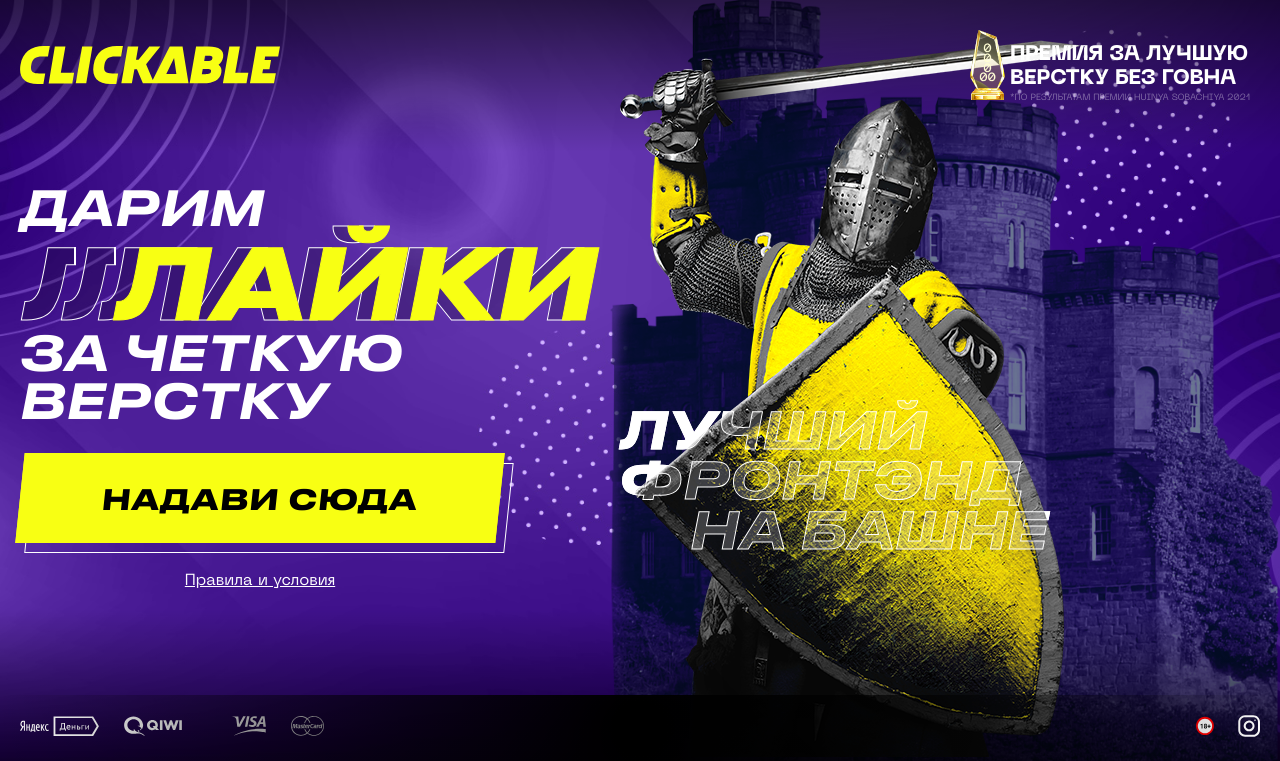
Repository: stanislavExtE/clickable_test
Page: app/index.html
The author's editor kept a copy of each file at every save. The page is drawn from the files as they stood at one save, then again after a run of saves.
The browser window is 1280 px wide. The pictures show the whole page.
The style sheet was rebuilt from its Sass, Less or Tailwind sources for each picture, by a compiler version that may differ from the author's.

Above is the page before, as saved 2021-01-13 18:59:07.

### app/index.html
<!DOCTYPE html>
<html xmlns="http://www.w3.org/1999/xhtml" lang="en">

<head>
	<meta http-equiv="Content-Type" content="text/html; charset=utf-8" />
	<meta name="format-detection" content="telephone=no">
	<meta name="viewport" content="width=device-width, initial-scale=1, maximum-scale=1">
	<title>Clickable - лучший фронтенд на башне</title>
	<link rel="icon" type="image/x-icon" href="favicon.ico" />
	<link rel="stylesheet" type="text/css" href="css/style.css" />
</head>

<body class="loaded">


	<!-- BEGIN BODY -->

	<div class="main-wrapper">

		<!-- BEGIN CONTENT -->

		<main class="content">
			<section class="info-section">
				<div class="wrapper">
					<div class="info">
						<div class="slogan info__slogan">
							<div class="slogan__text">
								<div class="slogan__text-stroke" data-text="лучший фронтэнд">лучший фронтэнд</div>
								<div class="slogan__text-stroke" data-text="на башне">на башне</div>
							</div>
							<!-- <img src="img/knight.png" srcset="knight_mob.png 200w,
							img/knight.png 760w"  sizes="(max-width:767px) 60vw,  652px" alt="knight" class="slogan__knight"> -->
							<picture class="slogan__knight">
								<source	media="(max-width: 767px)" srcset="img/knight_mob.png">
								<source	media="(min-width: 768px)" srcset="img/knight.png">
								<img src="img/knight.png" alt="knight" />
							</picture>
						</div>
						<div class="cta info__cta">
							<div class="cta__title">
								<div class="cta__title-word">Дарим</div>
								<div class="accent">
									<div class="accent__word">Л</div>
									<div class="accent__word">Л</div>
									<div class="accent__text" data-accent-text='ЛАЙКИ'>ЛАЙКИ</div>
								</div>
								<div class="cta__title-word">За четкую верстку</div>
							</div>
							<div class="cta__button-box">
								<a href="#" class="btn cta__btn">надави сюда</a>
								<a href="#" class="link cta__rules-link">Правила и условия</a>
							</div>
						</div>
						<div class="award info__award">
							<div class="award__prize">
								<img src="img/award.png" alt="award" class="award__prize-img">
							</div>
							<div class="award__info">
								<div class="award__title">ПРЕМИЯ ЗА ЛУЧШУЮ ВЕРСТКУ без говна</div>
								<div class="award__description">*ПО РЕЗУЛЬТАТАМ ПРЕМИИ Huinya sobachiya 2021</div>
							</div>
						</div>
					</div>
					<div class="balls">
						<img src="img/ball.png" alt="ball" class="ball ball_lg-size">
						<img src="img/ball.png" alt="ball" class="ball">
						<img src="img/ball.png" alt="ball" class="ball ball_sm">
					</div>
				</div>
			</section>
		</main>

		<!-- CONTENT EOF   -->

		<!-- BEGIN HEADER -->

		<header class="header">
			<div class="wrapper ">
				<div class="header__content">
					<a href="#" class="logo header__logo">
						<img src="img/logo.svg" alt="logo" class="logo__img">
					</a>
					<div class="award header__award">
						<div class="award__prize">
							<img src="img/award.png" alt="award" class="award__prize-img">
						</div>
						<div class="award__info">
							<div class="award__title">ПРЕМИЯ ЗА ЛУЧШУЮ ВЕРСТКУ без говна</div>
							<div class="award__description">*ПО РЕЗУЛЬТАТАМ ПРЕМИИ Huinya sobachiya 2021</div>
						</div>
					</div>
				</div>
			</div>
		</header>

		<!-- HEADER EOF   -->

		<!-- BEGIN FOOTER -->

		<footer class="footer">
			<div class="wrapper">
				<div class="footer__content">
					<div class="payments">
						<div class="payment"><img src="img/icons/yandex_money.svg" alt="yandex_money"
								class="payment__img"></div>
						<div class="payment"><img src="img/icons/qiwi.svg" alt="qiwi" class="payment__img"></div>
						<div class="payment"><img src="img/icons/webmoney.svg" alt="webmoney" class="payment__img"></div>
						<div class="payment"><img src="img/icons/visa.svg" alt="visa" class="payment__img"></div>
						<div class="payment"><img src="img/icons/mastercard.svg" alt="mastercard" class="payment__img">
						</div>
					</div>
					<div class="icons">
						<div class="icon"><img src="img/icons/pegi_18.svg" alt="pegi_18" class="icon__img"></div>
						<a href="#" class="icon"><img src="img/icons/insta.svg" alt="instagram" class="icon__img"></a>
					</div>
				</div>
			</div>
		</footer>

		<!-- FOOTER EOF   -->

	</div>

	<div class="icon-load"></div>

	<!-- BODY EOF   -->

	<!-- <script src="js/jquery-3.5.1.min.js"></script> -->
	<!-- <script src="js/jquery-migrate-3.3.0.min.js"></script> -->
	<!--
	<script src="js/components/jquery.fancybox.js" ></script>
	<script src="js/components/jquery.formstyler.js" ></script>
	<script src="js/components/slick.js" ></script>
	<script src="js/components/jquery.mCustomScrollbar.js" ></script>
	-->
	<script src="js/custom.js"></script>
</body>

</html>

### app/scss/style.scss
@import "base/_reset";
@import "base/_fonts";
//@import "components/_jquery.formstyler";
//@import "components/_fancybox";
//@import "components/_slick";
//@import "components/_mCustomScrollbar";
@import "components/_bootstrap";
@import "layout/_repetitive";
@import "layout/_header";
@import "layout/_footer";
@import "layout/_content";

### app/scss/base/_reset.scss
@import '../utils/_mixins';
@import '../utils/_variables';

body {
	margin: 0px;
	padding: 0px;
	font-family: $base-font-family;
	background-color: $base-bg;
	height: 100%;
	line-height: 1;
	position: relative;
	font-size: $base-font-size!important;
	-webkit-font-smoothing: antialiased;
	-moz-osx-font-smoothing: grayscale;
}



/*MAIN*/
html, body, div, span, applet, object, iframe, h1, h2, h3, h4, h5, h6, p, blockquote, pre, a, abbr, acronym, address, big, cite, code,
del, dfn, em, img, ins, kbd, q, s, samp, small, strike, strong, sub, sup, tt, var, b, u, i, center, dl, dt, dd, ol, ul, li, fieldset,
form, label, legend, table, caption, tbody, tfoot, thead, tr, th, td, article, aside, canvas, details, embed, figure, figcaption, footer,
header, hgroup, menu, nav, output, ruby, section, summary, time, mark, audio, video {
	margin: 0; padding: 0; border: 0; font-size: 100%; outline: none;
    -webkit-tap-highlight-color: rgba(0, 0, 0, 0);

}

/* HTML5 display-role reset for older browsers */
article, aside, details, figcaption, figure, footer, header, hgroup, menu, nav, section, main {
	display: block;
}
blockquote, q {
	quotes: none;
}
blockquote:before,
blockquote:after,
q:before,
q:after {
	content: '';
	content: none;
}

table {
	border-collapse: collapse;
	border-width: 0px;
	padding: 0px;
	margin: 0px;
}

html {
	height: 100%;
	-webkit-text-size-adjust: none;
	-ms-text-size-adjust: none;
}

input,
textarea {
	color: #333;
	font-family: $base-font-family;
	outline: none;
	border-radius: 0;
	-moz-border-radius: 0;
	-webkit-border-radius: 0;
	-webkit-appearance: none;
    border: none;
}

input[type="button"],
input[type="submit"],
button {
	cursor: pointer
}

input[type=number]::-webkit-inner-spin-button,
input[type=number]::-webkit-outer-spin-button {
  -webkit-appearance: none;
  margin: 0;
}

td {
	margin: 0px;
	padding: 0px;
}

ul{
    list-style: none;
    list-style-image: url(data:[embedded picture, 78 characters]);
}

form {
	padding: 0px;
	margin: 0px;
}

img{
    max-width: 100%;
}

a {
    color: inherit;
	text-decoration: none;
	outline: none;
    @include transition($default-transition);
}

a,
span,
div,
button {
	outline: none!important
}
input[type="search"]::-webkit-search-decoration,
input[type="search"]::-webkit-search-cancel-button,
input[type="search"]::-webkit-search-results-button,
input[type="search"]::-webkit-search-results-decoration {
  -webkit-appearance:none;
}
input[type=submit],
input[type=button],
button {
	-webkit-appearance: none;
	outline: none;
}

* {
	-webkit-box-sizing: border-box;
	-moz-box-sizing: border-box;
	box-sizing: border-box;
}

*:before,
*:after {
	-webkit-box-sizing: border-box;
	-moz-box-sizing: border-box;
	box-sizing: border-box;
}

.clearfix:after,
.wrapper:after,
.row:after{
	content: ".";
	display: block;
	height: 0;
	clear: both;
	visibility: hidden;
}

### app/scss/utils/_variables.scss
$paddings: 20px;
$min-width: 320px;
$base-wrapp: 1366px;
$max-width: calc(#{$base-wrapp} + #{$paddings} * 2);
$base-bg:#F0EAE1;
$base-font-size: 1rem;
$base-line-height: 1.75rem;
$base-font-family: "Neue Machina", "Open Sans", Arial, sans-serif;
$custom-font-family: "Druk Text Wide Cyr","Open Sans",  Arial, sans-serif;
$default-transition: all 0.4s linear;
$trs: all 0.3s linear;
$trs-wow: all 1s linear;

$ff-book: $base-font-family;
$ff-demi: $custom-font-family;


$shadow: 2px 6px 20px rgba(0, 164, 91, 0.25);
$shadow_light: 2px 6px 20px rgba(0, 164, 91, 0.10);

//breakpoints
$xs: 567px;
$sm: 767px;
$md: 991px;
$lg: 1279px;
$xl: 1435px;

/* main variables */

$col-1: #f8ff13;
$col-2: #F0EAE1;
$col-3: #0A0A0A;
$col-4: #fff;
$col-5: #161616;
$col-6: #bbbbbb;
$col-7: #7e7e7e;

$bg-1:rgba(#fff, .1);

$bd: rgba(187, 187, 187, 0.5);

//text, titles
$tc-1: #303030;
$tc-2: #fff;
$tc-3: $col-1;
$tc-4: $col-5;
$title-main-color: #fff;
$title-color: #fff;


$font-size-h1: 36px;
$line-height-h1: 49px;
$font-size-h2: 36px;
$line-height-h2: 49px;
$font-size-h3: 36px;
$line-height-h3: 49px;
$font-size-h4: 18px;
$line-height-h4: 24px;

$f-s-xs: 14px;
$lh-xs: 14px;
$f-s-sm: 16px;
$lh-sm: 22px;
$f-s-md: 28px;
$lh-md: 38px;
$f-s-lg: 30px;
$lh-lg: 30px;

$f-s-big-xs: 34px;
$f-s-big-sm: 40px;
$f-s-big-md: 50px;
$lh-big-md: 62px;
$f-s-big-lg: 100px;
$lh-big-lg: 110px;
$f-s-big-xl: 110px;
$lh-big-xl: 90px;

### app/scss/components/_bootstrap.scss
/*!
 * Generated using the Bootstrap Customizer (https://getbootstrap.com/docs/3.4/customize/)
 *//*!
 * Bootstrap v3.4.1 (https://getbootstrap.com/)
 * Copyright 2011-2019 Twitter, Inc.
 * Licensed under MIT (https://github.com/twbs/bootstrap/blob/master/LICENSE)
 *//*! normalize.css v3.0.3 | MIT License | github.com/necolas/normalize.css */.row{margin-right:-15px;margin-left:-15px}.row-no-gutters{margin-right:0;margin-left:0}.row-no-gutters [class*="col-"]{padding-right:0;padding-left:0}.col-xs-1, .col-sm-1, .col-md-1, .col-lg-1, .col-xs-2, .col-sm-2, .col-md-2, .col-lg-2, .col-xs-3, .col-sm-3, .col-md-3, .col-lg-3, .col-xs-4, .col-sm-4, .col-md-4, .col-lg-4, .col-xs-5, .col-sm-5, .col-md-5, .col-lg-5, .col-xs-6, .col-sm-6, .col-md-6, .col-lg-6, .col-xs-7, .col-sm-7, .col-md-7, .col-lg-7, .col-xs-8, .col-sm-8, .col-md-8, .col-lg-8, .col-xs-9, .col-sm-9, .col-md-9, .col-lg-9, .col-xs-10, .col-sm-10, .col-md-10, .col-lg-10, .col-xs-11, .col-sm-11, .col-md-11, .col-lg-11, .col-xs-12, .col-sm-12, .col-md-12, .col-lg-12{position:relative;min-height:1px;padding-right:15px;padding-left:15px}.col-xs-1, .col-xs-2, .col-xs-3, .col-xs-4, .col-xs-5, .col-xs-6, .col-xs-7, .col-xs-8, .col-xs-9, .col-xs-10, .col-xs-11, .col-xs-12{float:left}.col-xs-12{width:100%}.col-xs-11{width:91.66666667%}.col-xs-10{width:83.33333333%}.col-xs-9{width:75%}.col-xs-8{width:66.66666667%}.col-xs-7{width:58.33333333%}.col-xs-6{width:50%}.col-xs-5{width:41.66666667%}.col-xs-4{width:33.33333333%}.col-xs-3{width:25%}.col-xs-2{width:16.66666667%}.col-xs-1{width:8.33333333%}@media (min-width:768px){.col-sm-1, .col-sm-2, .col-sm-3, .col-sm-4, .col-sm-5, .col-sm-6, .col-sm-7, .col-sm-8, .col-sm-9, .col-sm-10, .col-sm-11, .col-sm-12{float:left}.col-sm-12{width:100%}.col-sm-11{width:91.66666667%}.col-sm-10{width:83.33333333%}.col-sm-9{width:75%}.col-sm-8{width:66.66666667%}.col-sm-7{width:58.33333333%}.col-sm-6{width:50%}.col-sm-5{width:41.66666667%}.col-sm-4{width:33.33333333%}.col-sm-3{width:25%}.col-sm-2{width:16.66666667%}.col-sm-1{width:8.33333333%}}@media (min-width:992px){.col-md-1, .col-md-2, .col-md-3, .col-md-4, .col-md-5, .col-md-6, .col-md-7, .col-md-8, .col-md-9, .col-md-10, .col-md-11, .col-md-12{float:left}.col-md-12{width:100%}.col-md-11{width:91.66666667%}.col-md-10{width:83.33333333%}.col-md-9{width:75%}.col-md-8{width:66.66666667%}.col-md-7{width:58.33333333%}.col-md-6{width:50%}.col-md-5{width:41.66666667%}.col-md-4{width:33.33333333%}.col-md-3{width:25%}.col-md-2{width:16.66666667%}.col-md-1{width:8.33333333%}}@media (min-width:1200px){.col-lg-1, .col-lg-2, .col-lg-3, .col-lg-4, .col-lg-5, .col-lg-6, .col-lg-7, .col-lg-8, .col-lg-9, .col-lg-10, .col-lg-11, .col-lg-12{float:left}.col-lg-12{width:100%}.col-lg-11{width:91.66666667%}.col-lg-10{width:83.33333333%}.col-lg-9{width:75%}.col-lg-8{width:66.66666667%}.col-lg-7{width:58.33333333%}.col-lg-6{width:50%}.col-lg-5{width:41.66666667%}.col-lg-4{width:33.33333333%}.col-lg-3{width:25%}.col-lg-2{width:16.66666667%}.col-lg-1{width:8.33333333%}}.clearfix:before,.clearfix:after,.container:before,.container:after,.container-fluid:before,.container-fluid:after,.row:before,.row:after{display:table;content:" "}.clearfix:after,.container:after,.container-fluid:after,.row:after{clear:both}.center-block{display:block;margin-right:auto;margin-left:auto}

### app/scss/layout/_header.scss

/*
================================================================================
|                                     HEADER                                   |
================================================================================
*/
.header{
	width:100%;
	min-width: $min-width;
	text-align:left;
	order: 1;
	-webkit-order: 1;
	position: absolute;
	left: 0;
	width: 100%;
	top: 0;
	z-index: 3;
	// background: linear-gradient(180deg, rgba(#000, .6) 20%, transparent);
	padding: 30px 0;

	&__content{
		display: flex;
		align-items: center;
		justify-content: space-between;
	}

	&__logo {
		flex: 0 0 260px;
		max-width: 260px;
    }
}





@include br-p($xl) {

}

@include br-p($lg) {

}
@include br-p($md) {

}
@include br-p($sm) {

}

@include br-p($xs) {



}

@include br-p(419px) {


}

@include br-p(359px) {

}

### app/scss/layout/_footer.scss

/*
================================================================================
|                                     FOOTER                                   |
================================================================================
*/
.footer{
	text-align:left;
	width:100%;
	min-width: $min-width;
	order: 3;
	-webkit-order: 3;
	position: absolute;
	z-index: 2;
	width: 100%;
	bottom: 0;
	left: 0;
	padding: 20px 0;

	&::after{
		content: '';
		position: absolute;
		left: 50%;
		top: 0;
		width: 100%;
		height: 100%;
		transform: translateX(-50%);
		background: radial-gradient(circle, rgba(0,0,0,1) 4%, transparent 100%) center 90%;
	}


	&__content{
		display: flex;
		align-items: center;
		justify-content: space-between;

	}
}

.payments{
	display: flex;
	align-items: center;
}

.payment{
	margin-right: 25px;

	&:last-child{
		margin: 0;
	}


	&__img{
		max-height: 20px;
		max-width: 260px;
		object-fit: contain;
		object-position: center;
	}
}

.icons{
	display: flex;
}

.icon{
	margin-right: 22px;

	&:last-child{
		margin: 0;
	}

	&__img{
		width: 22px;
		height: 22px;
		object-fit: contain;
		object-position: center;
	}
}


@include br-p($xl) {

}

@include br-p($lg) {

}
@include br-p($md) {

}
@include br-p($sm) {

}

@include br-p($xs) {

}

@include br-p(419px) {

}

### app/scss/layout/_content.scss
//main styles
// @import "sections/_name";



.logo {
    max-width: 260px;
    display: block;
}


.slogan {
    position: relative;
    z-index: 2;
    display: flex;
    flex-direction: column;
    justify-content: flex-end;
    align-items: flex-start;

    &__text {
        position: absolute;
        width: 100%;
        right: 0;
        bottom: 15%;
        padding: 100px 0;
    }

    &__text-stroke {
        font-family: $custom-font-family;
        font-size: 50px;
        letter-spacing: -0.25px;
        font-style: italic;
        color: rgba(#fff, .2);
        -webkit-text-stroke-color: #fff;
        -webkit-text-stroke-width: 1px;
        text-transform: uppercase;
        position: relative;

        &:last-child{
            padding-left:70px;

            &::before{
                padding-left: 70px;
            }
        }

        &::before {
            content: attr(data-text);
            position: absolute;
            left: 0;
            top: 0;
            width: 100%;
            height: 100%;
            color: #ffffff;
            z-index: -1;
        }
    }

    &__knight {
        display: block;
    }
}

.cta {

    &__title {
        font-family: $custom-font-family;
        font-size: 48px;
        text-transform: uppercase;
    }

    &__title-word {
        font-style: italic;
    }

    &__button-box {
        display: flex;
        flex-direction: column;
        padding: 30px 0;
        text-align: center;
        max-width: 480px;
    }

    &__btn {}

    &__rules-link {
        margin-top: 30px;
    }
}

.accent {
    position: relative;
    font-size: 97px;
    letter-spacing: -0.25px;
    font-weight: 700;
    font-style: italic;
    display: block;
    display: flex;
    padding-left: 75px;

    &:before {
        content: attr(data-accent-word);
        display: block;
        position: absolute;
        width: 20px;
        left: 0;
        top: 0;
        color: rgba(#000, .2);
        -webkit-text-stroke-color: #fff;
        -webkit-text-stroke-width: 1px;
        overflow: hidden;
    }



    &__text {
        z-index: 2;
        transform: translateX(20px);
        -webkit-text-stroke-color: $col-1;
        -webkit-text-stroke-width: 1px;

        color: $col-1;

        &::before {
            position: absolute;
            content: attr(data-accent-text);
            color: rgba(#000, .2);
            -webkit-text-stroke-color: #fff;
            -webkit-text-stroke-width: 1px;
            left: 0;
            top: 0;
            z-index: -1;
            transform: translateX(-15px);
        }
    }

    &__word {
        position: absolute;
        width: 56px;
        left: 0;
        top: 0;
        color: rgba(#000, .2);
        -webkit-text-stroke-color: #fff;
        -webkit-text-stroke-width: 1px;
        overflow: hidden;
        padding-left: 3px;

        &:nth-child(2) {
            left: 40px;
        }

        &::before {
            content: '';
            position: absolute;
            right: 0;
            top: 0.18em;
            width: 2px;
            height: 18px;
            background: #ffffff;
        }
    }
}

.award {
    display: flex;
    align-items: flex-end;
    max-width: 290px;

    &__info {}

    &__prize {
        flex: 0 0 40px;

        &-img {}
    }

    &__title {
        font-size: 21px;
        line-height: 24px;
        text-transform: uppercase;
        font-weight: 800;
    }

    &__description {
        font-size: 9px;
        text-transform: uppercase;
        color: rgba(#fff, .4);
        padding: 2px 0;
    }
}

.info {
    display: flex;
    flex-wrap: wrap;
    justify-content: space-between;
    padding: 40px 0 0px;
    position: relative;

    &-section{

    }

    &__slogan {
        @include br-p(768px, min) {
            order: 4;
            flex: 0 0 calc(100% - 600px);
        }
    }

    &__cta {
        @include br-p(768px, min) {
            order: 3;
            flex: 0 0 600px;
            padding: 110px 0;
            display: flex;
            flex-direction: column;
            justify-content: center;
        }
    }

    &__award {
        @include br-p(768px, min) {
            display: none;
            order: 2;
            flex: 0 0 300px;
        }

    }
}


.balls {}

.ball {
    position: absolute;
    display: none;
}



@include br-p($xl) {}

@include br-p($lg) {}

@include br-p($md) {}

@include br-p($sm) {}

@include br-p($xs) {}

@include br-p(419px) {}

Loaded but not shown: app/img/icons/mastercard.svg (6 lines, source omitted); app/img/icons/webmoney.svg (116 lines, source omitted); app/img/icons/yandex_money.svg (4 lines, source omitted); app/img/icons/qiwi.svg (3 lines, source omitted); app/img/icons/insta.svg (3 lines, source omitted); app/img/icons/pegi_18.svg (5 lines, source omitted); app/img/logo.svg (24 lines, source omitted); app/img/icons/visa.svg (3 lines, source omitted); app/js/custom.js (55 lines, source omitted); app/scss/base/_fonts.scss (191 lines, source omitted); app/scss/utils/_mixins.scss (259 lines, source omitted); app/scss/layout/_repetitive.scss (303 lines, source omitted)

After the next 2 saves:
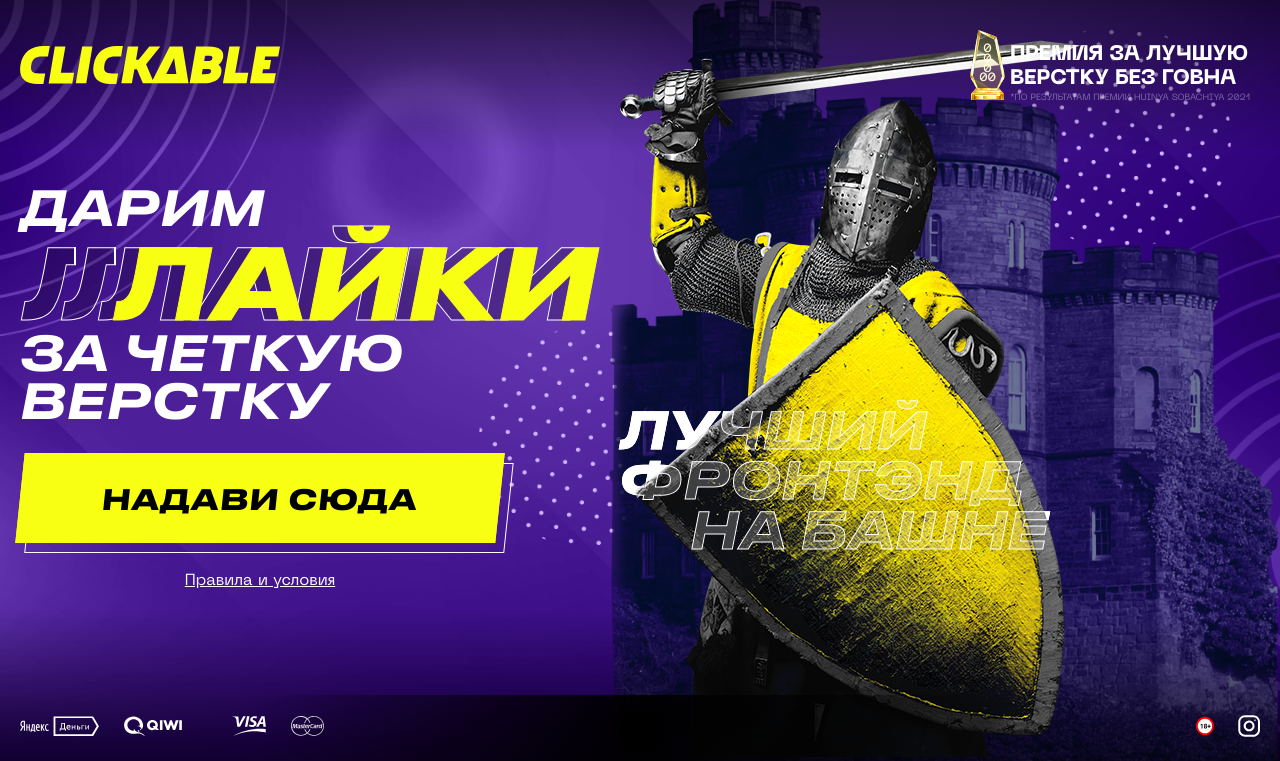
The 2 saves are shown as one change because they came seconds apart.
The last was saved 3 min 22 s later.
--- a/app/scss/layout/_footer.scss
+++ b/app/scss/layout/_footer.scss
@@ -22,10 +22,10 @@
 		position: absolute;
 		left: 50%;
 		top: 0;
-		width: 100%;
+		width: 60%;
 		height: 100%;
 		transform: translateX(-50%);
-		background: radial-gradient(circle, rgba(0,0,0,1) 4%, transparent 100%) center 90%;
+		background: radial-gradient(circle, rgba(0,0,0,1) 0%, transparent 100%) center 100%;
 	}
 
 
